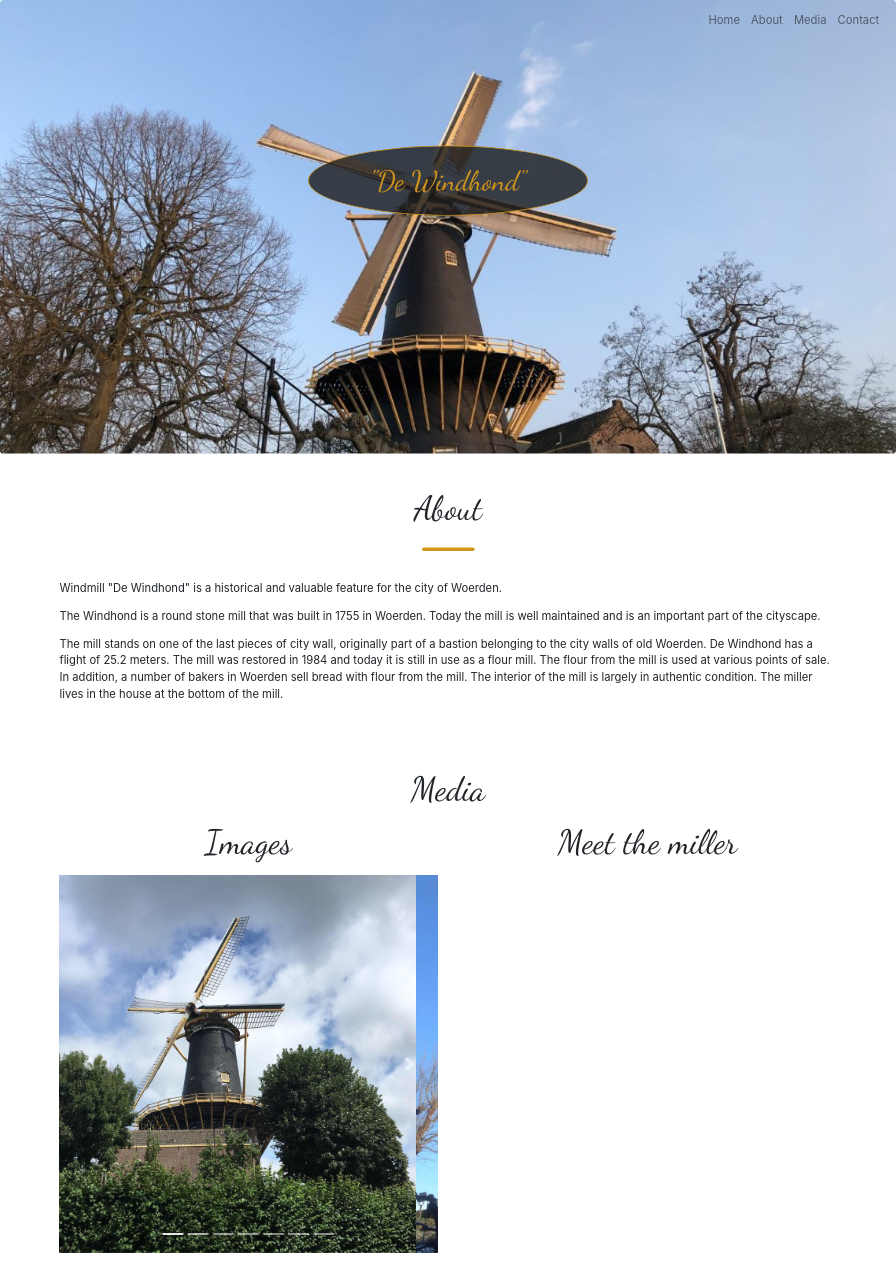
Repository: jdl208/DeWindhond
Page: index.html
The author's editor kept a record of every edit. The page is drawn from the files as they stood at one moment, then again after the next edit.
The browser window is 1280 px wide. The pictures show the whole page, at 70% of full size.
Pictures or frames that could not be fetched are drawn as grey boxes. Some web libraries are served in a nearby version.

Above is the page before.

After the next edit:
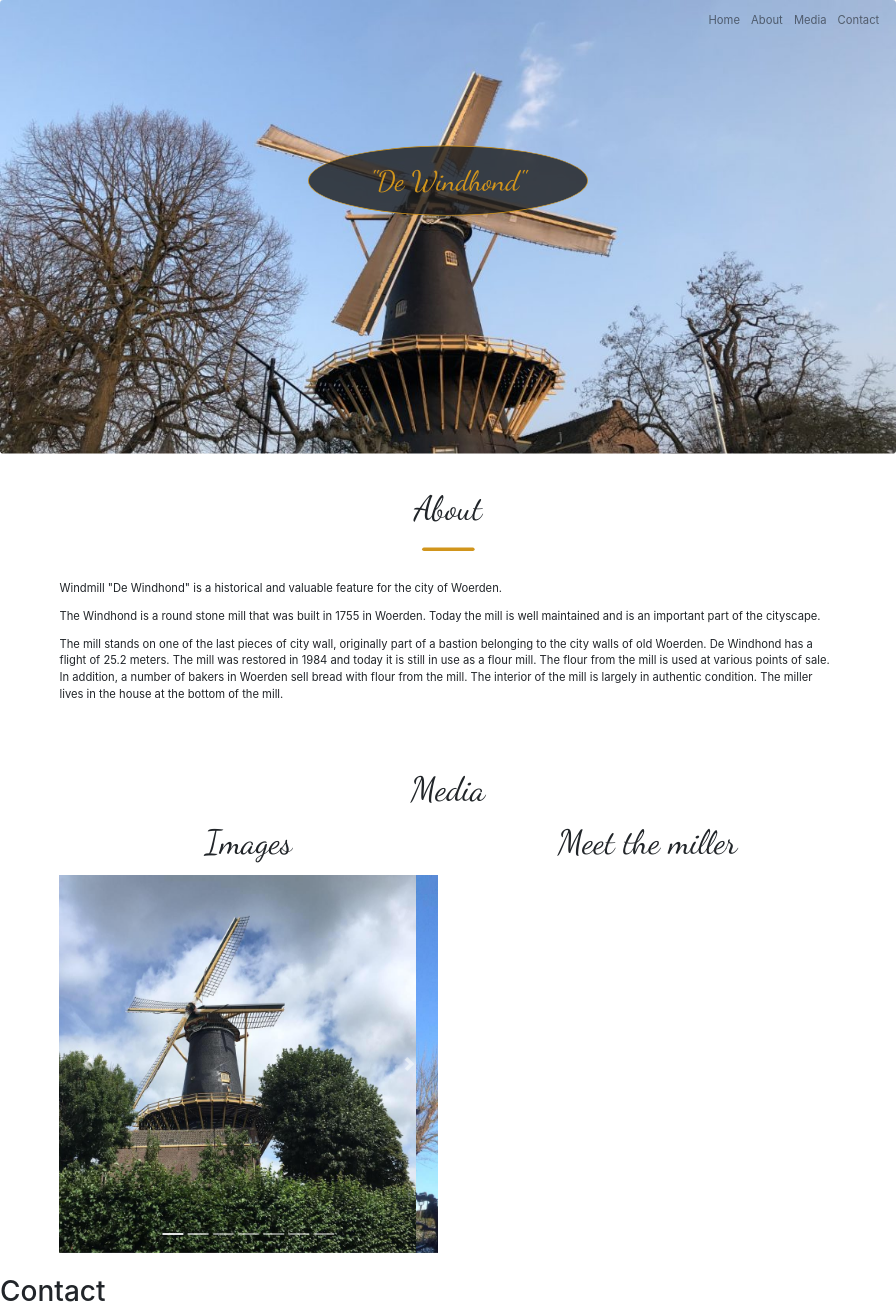
The edit:
--- a/index.html
+++ b/index.html
@@ -116,6 +116,7 @@
         </div>
     </section>
     <section class="contact">
+    <h1>Contact</h1>
 
     </section>
 
